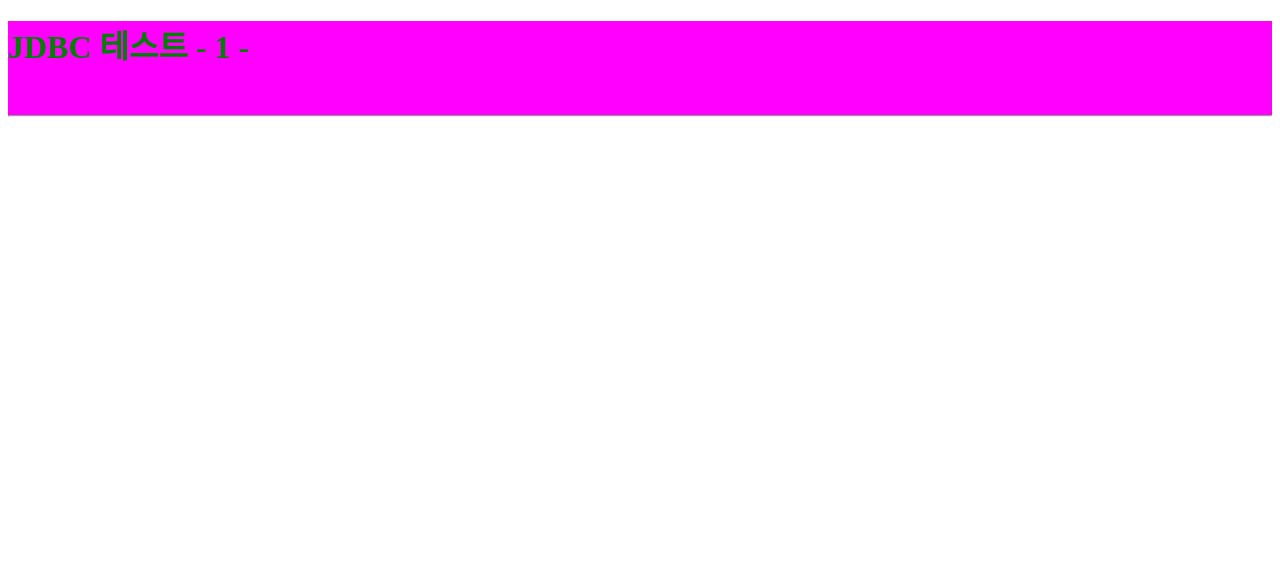
Repository: steeveelee2/WEB_Study
Page: http://localhost/JDBC1Project/views/member/memberJoin.jsp
The author's editor kept a copy of each file at every save. The page is drawn from the files as they stood at one save, then again after the next save.
The browser window is 1280 px wide. The pictures show the whole page.
The page is served by Tomcat 9.

Above is the page before, as saved 2018-10-16 04:49:30.

After the next save:
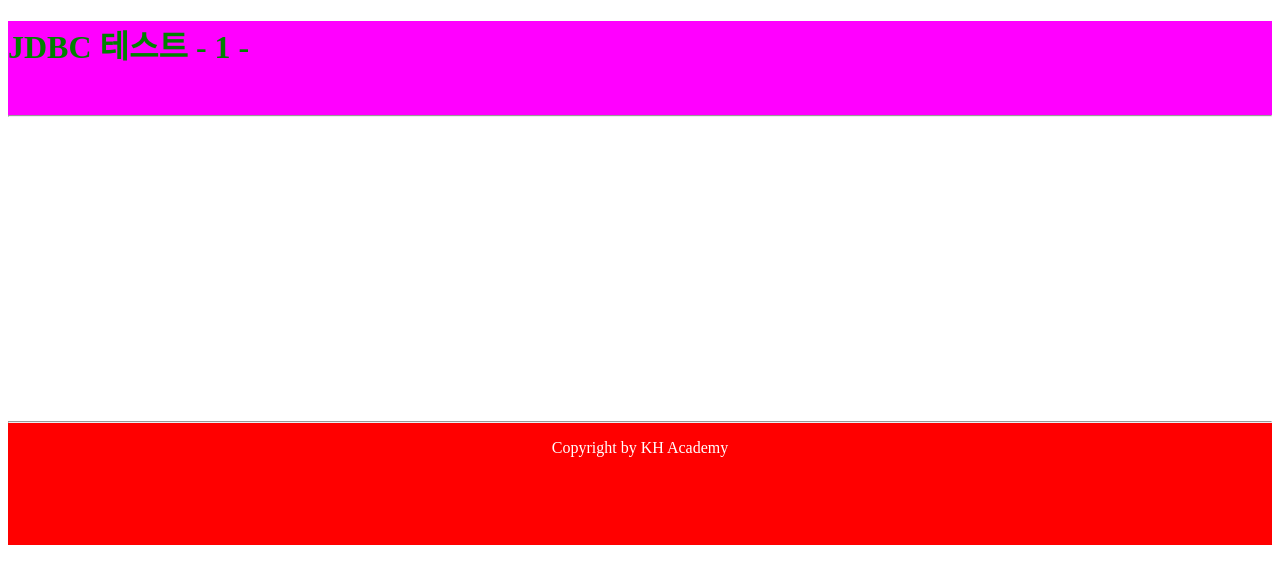
Saved 9 s later.
--- a/webWorkspace/JDBC1Project/web/views/member/memberJoin.jsp
+++ b/webWorkspace/JDBC1Project/web/views/member/memberJoin.jsp
@@ -8,5 +8,8 @@
 </head>
 <body>
 	<%@ include file="../common/header.jsp" %>
+
+
+	<%@ include file="../common/footer.jsp" %>
 </body>
 </html>
